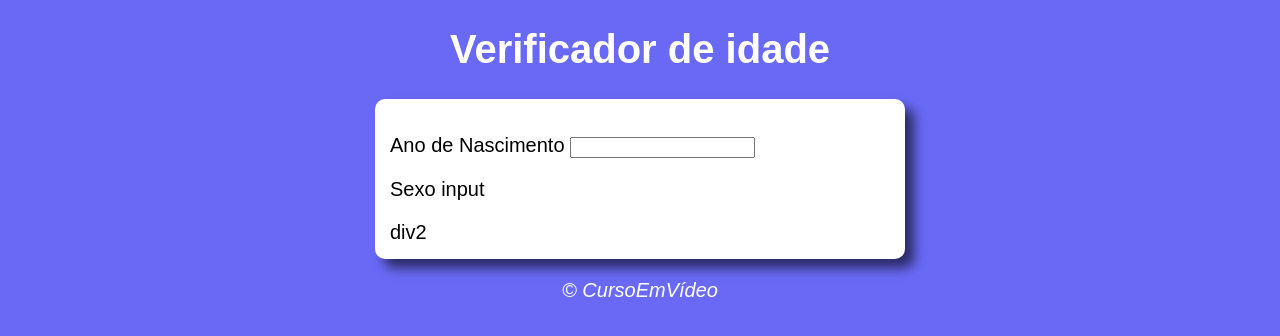
Repository: BrunoCesarAngst/ulbra
Page: 2019-2/javascript/cursoEmVideo/aula12ex/ex015_verificDeIdade/verificDeIdade.html
These files come from the project's save history. The page is drawn as it stood at one moment and after a run of saves; the edit follows.
The browser window is 1280 px wide. The pictures show the whole page.

Above is the page before, as saved 2019-07-15 11:34:49.

### 2019-2/javascript/cursoEmVideo/aula12ex/ex015_verificDeIdade/verificDeIdade.html
<!DOCTYPE html>
<html lang="pt-BR">
<head>
    <meta charset="UTF-8">
    <meta name="viewport" content="width=device-width, initial-scale=1.0">
    <meta http-equiv="X-UA-Compatible" content="ie=edge">
    <title>Verificador de idade</title>
    <link rel="stylesheet" href="verificDeIdade.css">
</head>
<body>
    <header>
        <h1>Verificador de idade</h1>
    </header>
    <section>
        <div>
            <p>Ano de Nascimento
                <input type="number" name="txtAno" id="txtAno" min="0">
            </p>
            <p>Sexo
                input
            </p>
        </div>
        <div id="res">
            div2
        </div>
    </section>
    <footer>
        <p>&copy; CursoEmVídeo</p>
    </footer>
    <script src="verificDeIdade.js"></script>
</body>
</html>

### 2019-2/javascript/cursoEmVideo/aula12ex/ex015_verificDeIdade/verificDeIdade.css
body{
    background: rgb(105, 105, 245);
    font: normal 15pt Arial;
}

header{
    color: white;
    text-align: center;
}

section{
    background: white;
    border-radius: 10px;
    padding: 15px;
    width: 500px;
    margin: auto;
    box-shadow: 9px 9px 12px rgba(0, 0, 0, 0.596);
}

footer{
    color: white;
    text-align: center;
    font-style: italic;
}

Loaded but not shown: 2019-2/javascript/cursoEmVideo/aula12ex/ex015_verificDeIdade/verificDeIdade.js (no stored copy; drawn as an empty file)

After the next 3 saves:
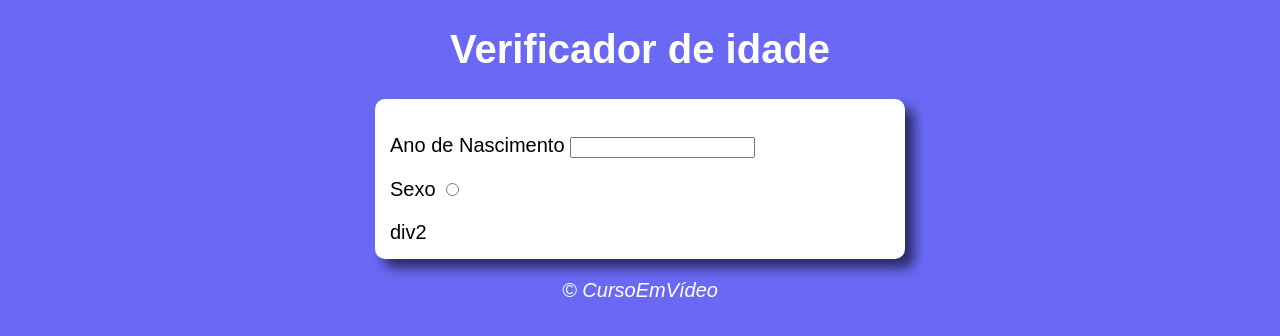
The 3 saves are shown as one change because they came seconds apart.
The last was saved 10 s later.
--- a/2019-2/javascript/cursoEmVideo/aula12ex/ex015_verificDeIdade/verificDeIdade.html
+++ b/2019-2/javascript/cursoEmVideo/aula12ex/ex015_verificDeIdade/verificDeIdade.html
@@ -17,7 +17,7 @@
                 <input type="number" name="txtAno" id="txtAno" min="0">
             </p>
             <p>Sexo
-                input
+                <input type="radio" name="" id="">
             </p>
         </div>
         <div id="res">
